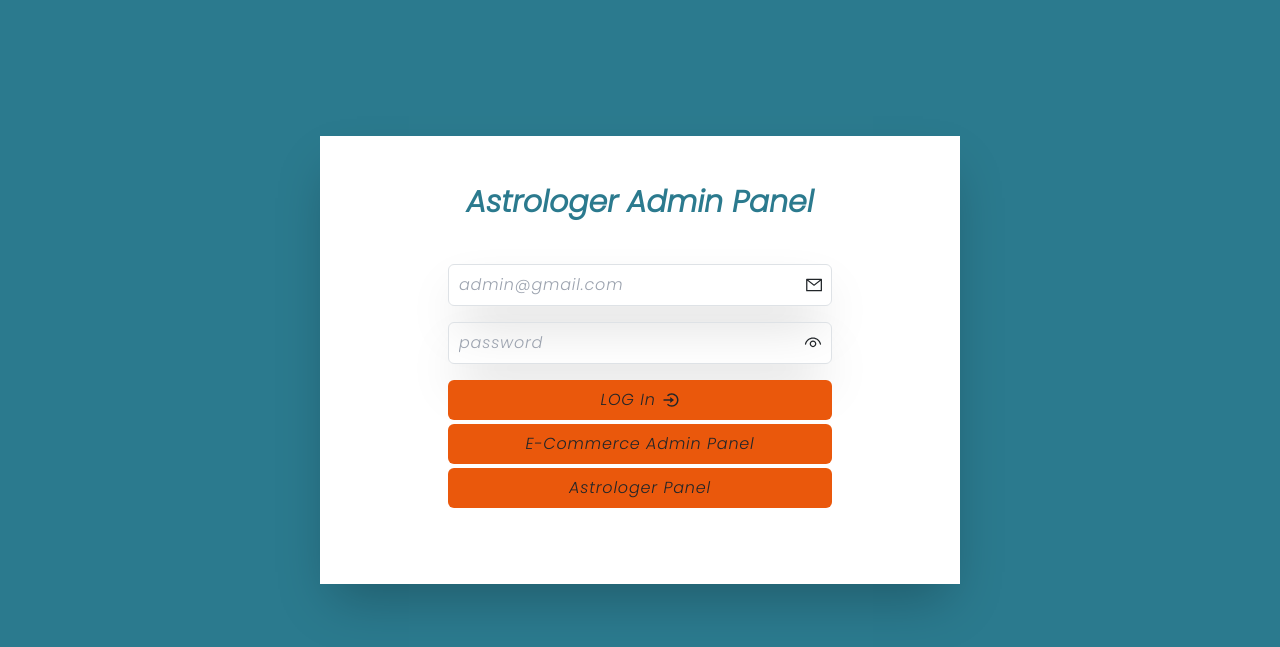
Repository: FlyweisReact/Hariom-Admin-Panel
Page: /
The author's editor kept a copy of each file at every save. The page is drawn from the files as they stood at one save, then again after a run of saves.
The browser window is 1280 px wide. The pictures show the whole page.
Some web libraries are served in a nearby version. The project was rebuilt for these pictures with package versions that can differ from the ones it lists, and the page was loaded fresh each time. Also part of the build but not shown: src/components/vendorPanel/components/layout/Navbar.jsx, src/components/vendorPanel/components/layout/Sidebar.jsx, src/components/vendorPanel/components/layout/HOC.jsx, src/components/vendorPanel/components/pages/Astrologer/Astrologers.js, src/components/vendorPanel/components/pages/Astrologer/Banners.js, src/vendorPanel/layout/Navbar.jsx, src/vendorPanel/layout/Sidebar.jsx, src/vendorPanel/layout/HOC.jsx and 5 more. Imported but missing from the stored project, and not drawn on this page: src/components/vendorPanel/components/pages/Astrologer/AdminDiscount, src/components/vendorPanel/components/pages/Astrologer/AdminReview, src/components/vendorPanel/components/pages/Astrologer/UploadDocs, src/components/vendorPanel/components/pages/Booking/Booking, src/components/vendorPanel/components/pages/Horoscope/Horoscope, src/components/vendorPanel/components/pages/Kundli/Kundli, src/components/vendorPanel/components/pages/Message/Message, src/components/vendorPanel/components/pages/Support and 2 more.

Above is the page before, as saved 2023-04-15 15:07:21.

### public/index.html
<!-- @format -->

<!DOCTYPE html>
<html lang="en">
  <head>
    <meta charset="utf-8" />
    <meta name="viewport" content="width=device-width, initial-scale=1" />
    <meta name="theme-color" content="#000000" />
    <meta
      name="description"
      content="Web site created using create-react-app"
    />
    <link rel="apple-touch-icon" href="%PUBLIC_URL%/favicon.ico?v=2" />
    <link rel="manifest" href="%PUBLIC_URL%/manifest.json" />
    <link rel="preconnect" href="https://fonts.googleapis.com">
<link rel="preconnect" href="https://fonts.gstatic.com" crossorigin>
<link href="https://fonts.googleapis.com/css2?family=Roboto+Mono:ital,wght@1,300&display=swap" rel="stylesheet">
    <title>HariOm</title>
  </head>
  <body>
    <noscript>You need to enable JavaScript to run this app.</noscript>
    <div id="root"></div>
    <script src="https://code.jquery.com/jquery-3.6.0.min.js"></script>
    <script src="https://kit.fontawesome.com/b533b351e4.js" crossorigin="anonymous"></script>
  </body>
</html>

### src/index.js
import React from "react";
import ReactDOM from "react-dom/client";
import "./index.css";
import App from "./App";
import { BrowserRouter } from "react-router-dom";
import 'bootstrap/dist/css/bootstrap.min.css'

const root = ReactDOM.createRoot(document.getElementById("root"));
root.render(
  <React.StrictMode>
    <BrowserRouter>
      <App />
    </BrowserRouter>
  </React.StrictMode>
);

### src/index.css
/** @format */

@tailwind base;
@tailwind components;
@tailwind utilities;
@import url("https://fonts.googleapis.com/css2?family=Roboto+Mono:ital,wght@1,300&display=swap");
@font-face {
  font-family: Roboto;
  src: url('./Poppins-LightItalic.ttf');
}
body {
  margin: 0;
  font-family:Roboto !important;
  -webkit-font-smoothing: antialiased;
  -moz-osx-font-smoothing: grayscale;
}



code {
  font-family:Roboto !important;
}

html {
  font-family:Roboto !important;
}

::-webkit-scrollbar {
  width: 10px;
}
.fa-trash {
  color: red;
  cursor: pointer;
}

/* Track */
::-webkit-scrollbar-track {
  background: #f1f1f1;
}

/* Handle */
::-webkit-scrollbar-thumb {
  background: #888;
}

/* Handle on hover */
::-webkit-scrollbar-thumb:hover {
  background: #555;
}
.profileImage{
  width: 100px;
}
.fa-eye{
  color: #029aff;
  cursor: pointer;
}

.View{
  border:  1px solid black;
  width: 100%;
  padding: 10px;

}

.main-card--container {
  display: grid;
  grid-template-columns: repeat(3, minmax(300px, 500px));
  grid-gap: 50px;
  justify-content: space-around;
}
.card-container {
  margin: 25px 0 auto;
  box-shadow: rgba(0, 0, 0, 0.35) 0px 5px 15px;
  position: relative;
  display: grid;
  grid-template-columns: 1fr;
  justify-content: space-around;
  align-items: flex-start;
}

.myEdit:focus {
  box-shadow: rgba(0, 0, 0, 0.35) 0px 5px 15px;
}

### src/App.js
/** @format */

import { Routes, Route } from "react-router-dom";
import { ToastContainer } from "react-toastify";
import MSG from "./components/vendorPanel/components/pages/Message/Message";
import "react-toastify/dist/ReactToastify.css";
import VendorLogin from "./components/vendorPanel/components/forms/VendorLogin";
import VendorDashboard from "./components/vendorPanel/components/pages/VendorDashboard";
import Astrologers from "./components/vendorPanel/components/pages/Astrologer/Astrologers";
import Users from "./components/vendorPanel/components/pages/Users/Users";
import Kundli from "./components/vendorPanel/components/pages/Kundli/Kundli";
import AdminHoro from "./components/vendorPanel/components/pages/Horoscope/Horoscope";
import Booking from "./components/vendorPanel/components/pages/Booking/Booking";
import AdminReview from "./components/vendorPanel/components/pages/Astrologer/AdminReview";
import UploadDocs from "./components/vendorPanel/components/pages/Astrologer/UploadDocs";
import Banners from "./components/vendorPanel/components/pages/Astrologer/Banners";
import AdminDiscount from "./components/vendorPanel/components/pages/Astrologer/AdminDiscount";
import Support from "./components/vendorPanel/components/pages/Support";
import Product from "./components/vendorPanel/components/pages/Product";
import Testimonial from "./components/vendorPanel/components/pages/Testimonial";
import AdminUsers from "./components/vendorPanel/components/pages/AdminUsers";
import AdminBlogs from "./components/vendorPanel/components/pages/AdminBlogs";
import AdminCategory from "./components/vendorPanel/components/pages/AdminCategory";

function App() {
  return (
    <>
      <ToastContainer />

      <Routes>
        <Route path="/" element={<VendorLogin />} />
        <Route path="/vendorDashboard" element={<VendorDashboard />} />
        <Route path="/astro" element={<Astrologers />} />
        <Route path="/kundli" element={<Kundli />} />
        <Route path="/horo" element={<AdminHoro />} />
        <Route path="/adminReviews" element={<AdminReview />} />
        <Route path="/uploadDocs" element={<UploadDocs />} />
        <Route path="/Banners" element={<Banners />} />
        <Route path="/AdminDiscount" element={<AdminDiscount />} />
        <Route path="/msg" element={<MSG />} />
        <Route path="/book" element={<Booking />} />
        <Route path="/users" element={<Users />} />
        <Route path="/support" element={<Support />} />
        <Route path="/product" element={<Product />} />
        <Route path="/testimonial" element={<Testimonial />} />


        <Route path="/admin/users" element={<AdminUsers />} />
        <Route path='/admin/blogs' element={<AdminBlogs />} />
        <Route path="/admin/category" element={<AdminCategory />} />
      </Routes>
    </>
  );
}

export default App;

### src/components/vendorPanel/components/forms/VendorLogin.jsx
/** @format */

import React, { useState } from "react";
import { VscEyeClosed, VscEye } from "react-icons/vsc";
import { AiOutlineMail } from "react-icons/ai";
import { BiLogInCircle } from "react-icons/bi";
import { useNavigate } from "react-router-dom";
import { toast } from "react-toastify";
import { Oval } from "react-loader-spinner";

const VendorLogin = () => {
  const [pass, setPass] = useState(false);
  const [inputpass, setInputpass] = useState(false);
  const navigate = useNavigate();
  const [loading, setLoading] = useState(false);

  const submitHandler = async (e) => {
    e.preventDefault();
    setLoading(true);
    try {
      navigate("/vendorDashboard");
      toast.success("Welcome Admin ");
      setLoading(false);
    } catch (err) {
      console.log("Admin Login err => ", err);
      setLoading(false);
    }
  };

  return (
    <>
      <div
        className="w-full h-screen flex flex-col justify-center items-center "
        style={{ backgroundColor: "#2b7a8e" }}
      >
        <form className="shadow-2xl w-96 mx-3 sm:mx-0 sm:w-4/5 md:w-4/6 lg:w-4/5 xl:w-1/2 flex flex-col items-center bg-white p-5 md:py-10 ">
          <p className="text-3xl" style={{  color : "#2b7a8e" , fontWeight : 'bold'}}> Astrologer Admin Panel </p>
          <section className="py-7">
            {/* Email */}
            <div className="shadow-2xl sm:w-96 border border-[rgb(241,146,46)] space-x-4 flex items-center w-64  p-2 rounded-md">
              <input
                type="email"
                placeholder="admin@gmail.com"
                required
                className="outline-none px-0.5  bg-transparent tracking-wider w-full"
              />
              <AiOutlineMail className="text-xl " />
            </div>
            {/* Password */}
            <div className="shadow-2xl sm:w-96 border border-[rgb(241,146,46)] space-x-4 flex items-center w-64  p-2 rounded-md mt-3">
              <input
                type={inputpass ? "text" : "password"}
                placeholder="password"
                name="password"
                required
                className="outline-none px-0.5  bg-transparent tracking-wider w-full  "
              />

              <span
                onClick={() => {
                  setPass(!pass);
                  setInputpass(!inputpass);
                }}
                className="text-xl cursor-pointer hover:scale-90 "
              >
                {pass ? <VscEyeClosed /> : <VscEye />}
              </span>
            </div>

            <button
              type="submit"
              className="py-2 cursor-pointer tracking-wider bg-orange-600 flex justify-center items-center w-full rounded-md font-medium  mt-3 "
              onClick={submitHandler}
            >
              {loading ? (
                <Oval height={30} secondaryColor="black" color="black" />
              ) : (
                <div className="flex items-center">
                  <span className="flex items-center justify-center">
                    LOG In
                  </span>

                  <BiLogInCircle className="pl-1.5 text-2xl" />
                </div>
              )}
            </button>
            <button
              type="button"
              onClick={() => navigate("/")}
              className="py-2 cursor-pointer tracking-wider bg-orange-600 flex justify-center items-center w-full rounded-md font-medium mt-1 "
            >
              E-Commerce Admin Panel
            </button>
            <button
              type="button"
              onClick={() => navigate("/")}
              className="py-2 cursor-pointer tracking-wider bg-orange-600 flex justify-center items-center w-full rounded-md font-medium  mt-1  "
            >
              Astrologer Panel
            </button>
          </section>
        </form>
      </div>
    </>
  );
};

export default VendorLogin;

Loaded but not shown: tailwind.config.js (common file)

After the next 2 saves:
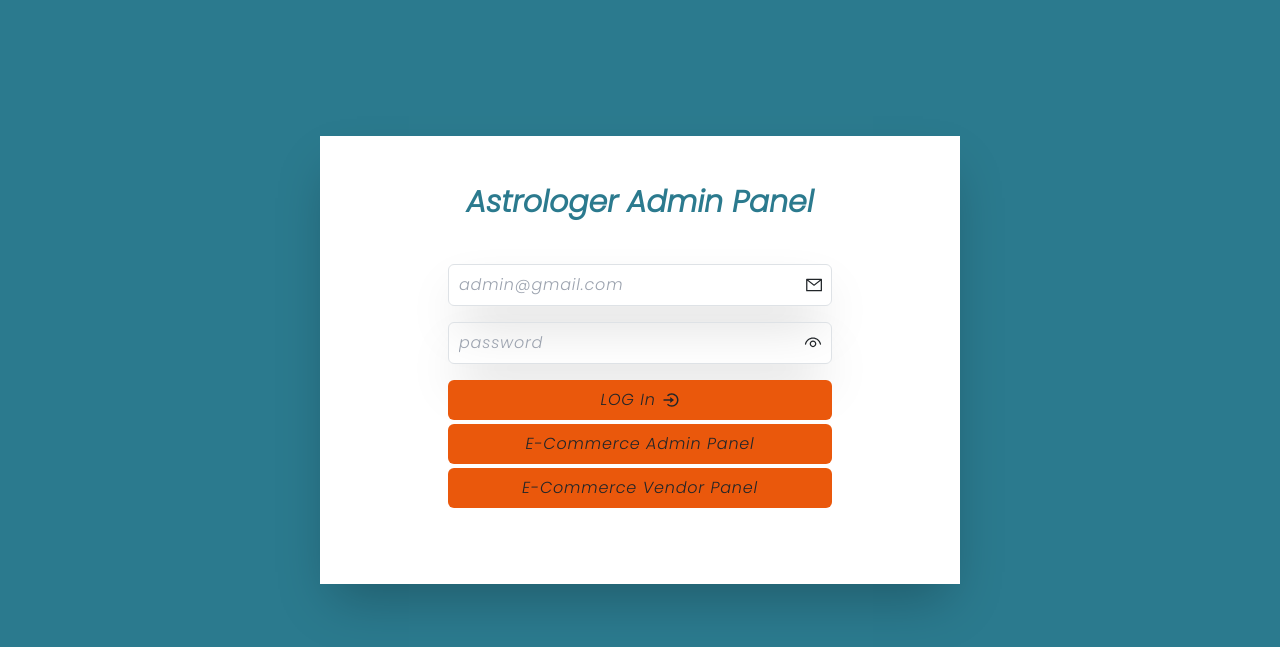
The 2 saves are shown as one change because they came seconds apart.
The last was saved 17 s later.
--- a/src/components/vendorPanel/components/forms/VendorLogin.jsx
+++ b/src/components/vendorPanel/components/forms/VendorLogin.jsx
@@ -96,7 +96,7 @@ const VendorLogin = () => {
               onClick={() => navigate("/")}
               className="py-2 cursor-pointer tracking-wider bg-orange-600 flex justify-center items-center w-full rounded-md font-medium  mt-1  "
             >
-              Astrologer Panel
+            E-Commerce Vendor  Panel
             </button>
           </section>
         </form>
